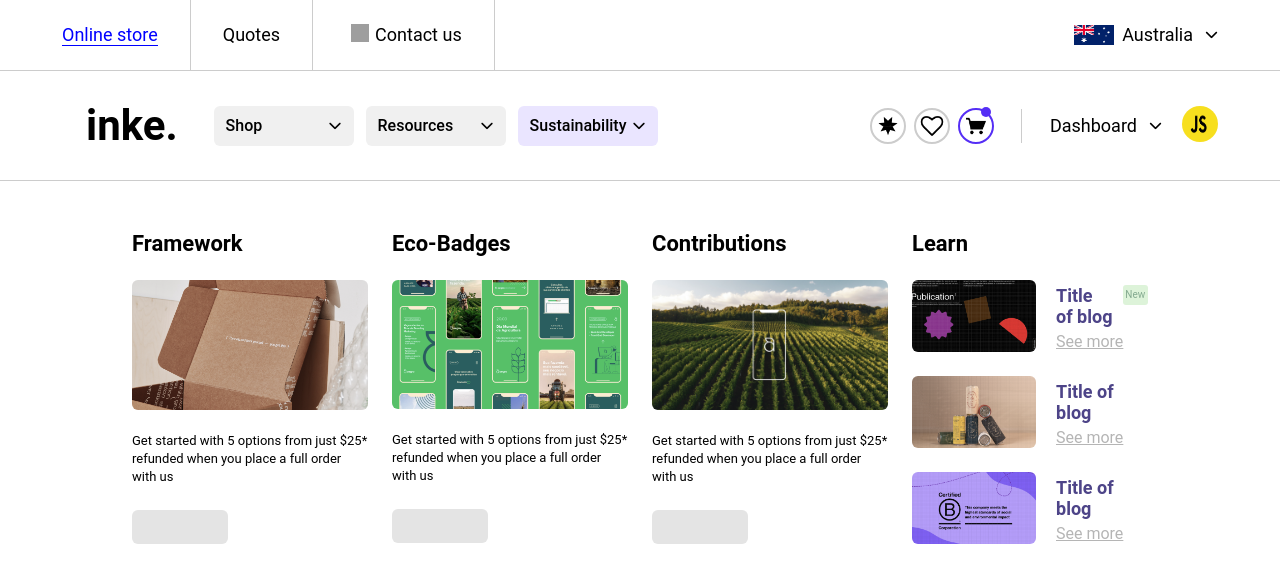
Repository: NguyenMinhKhanhB1909929/Practice_HTML-01
Page: index.html
The author's editor kept a copy of each file at every save. The page is drawn from the files as they stood at one save, then again after the next save.
The browser window is 1280 px wide. The pictures show the whole page.
Pictures or frames that could not be fetched are drawn as grey boxes. Some web libraries are served in a nearby version.

Above is the page before, as saved 2022-04-07 18:48:00.

After the next save:
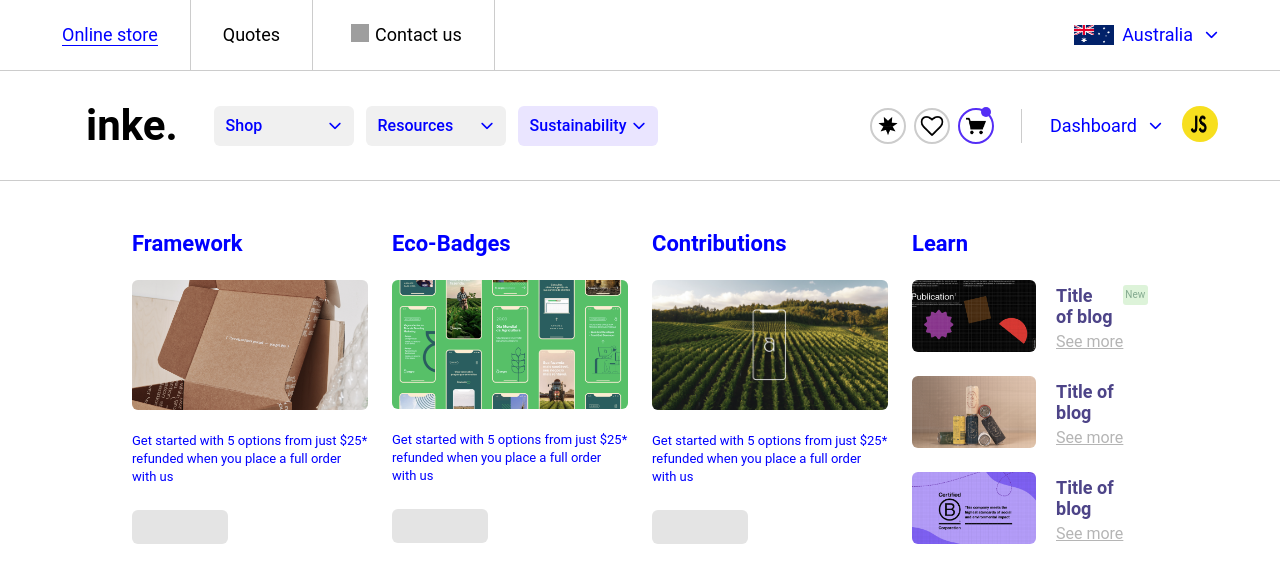
Saved 24 s later.
--- a/asset/style/style.css
+++ b/asset/style/style.css
@@ -265,6 +265,9 @@ a {
 /* ---------------------Responsive------------------- */
 /* PC */
 @media screen and (min-width: 64em) {
+  * {
+    color: blue;
+  }
 }
 /* Tablet */
 @media screen and (min-width: 46.25em) and (max-width: 63.9375em) {
